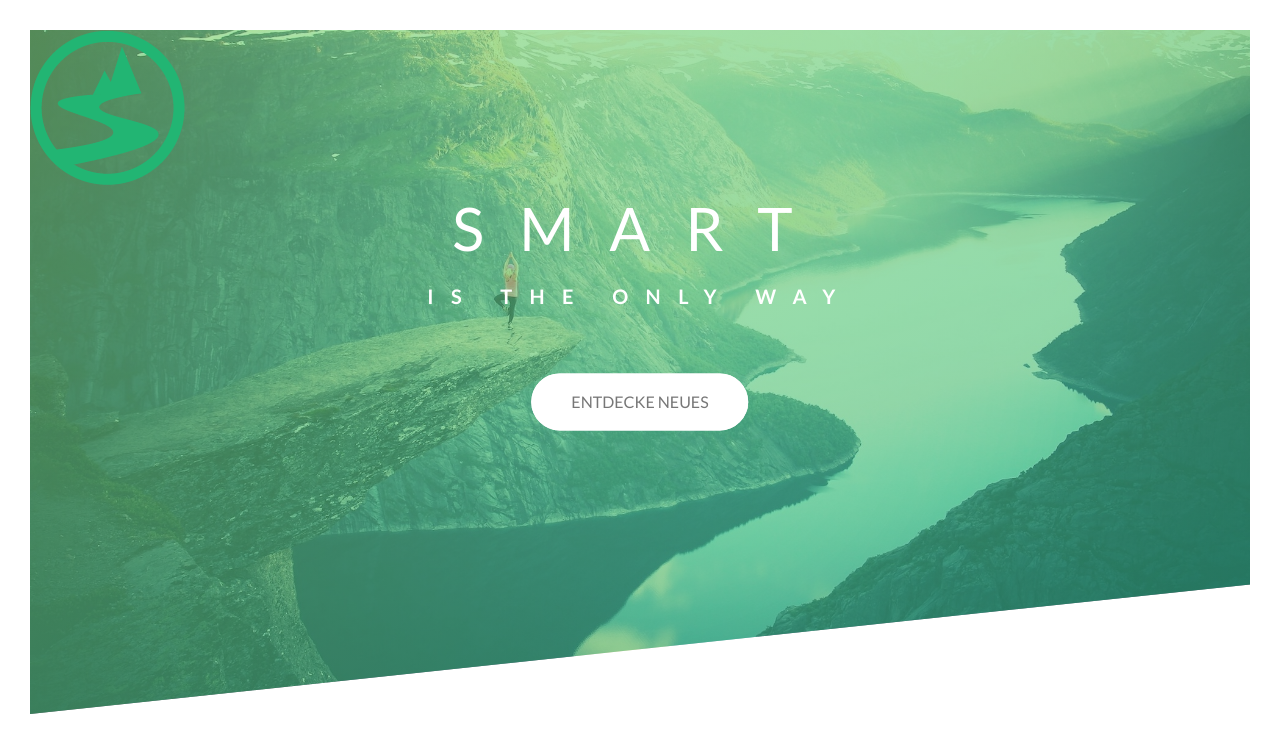
Repository: mukiSabljakovic/NatoursV1
Page: index.html
These files come from the project's save history. The page is drawn as it stood at one moment and after the next save; the edit follows.
The browser window is 1280 px wide. The pictures show the whole page.
Some web libraries are served in a nearby version.

Above is the page before, as saved 2020-05-11 16:39:56.

### index.html
<!DOCTYPE html>
<html lang="en">
    <head>
        <meta charset="UTF-8">
        <meta name="viewport" content="width=device-width, initial-scale=1.0">

        <link href="https://fonts.googleapis.com/css?family=Lato:100,300,400,700,900" rel="stylesheet">

        <link rel="stylesheet" href="https://use.fontawesome.com/releases/v5.13.0/css/all.css" integrity="sha384-Bfad6CLCknfcloXFOyFnlgtENryhrpZCe29RTifKEixXQZ38WheV+i/6YWSzkz3V" crossorigin="anonymous">
        <link rel="stylesheet" href="style.css">
        <link rel="stylesheet" href="css/style.css">
        <link rel="shortcut icon" type="image/png" href="img/favicon.png">

        <title>Natours | Exciting tours for adventurous people</title>
    </head>
    <body>
       <header class="header">
           <div class="header__logo-box">
               <img class="header__logo" src="img/logo.png" alt="Natours Logo">
           </div>

           <div class="text-box">
               <h1 class="heading-primary">
                   <span class="heading-primary-main">Smart</span>
                   <span class="heading-primary-sub">is the only way</span>
               </h1>
               <a href="#" class="btn btn-white btn-animated">Entdecke neues</a>
           </div>

       </header>

    </body>
</html>

### css/style.css
@import url('https://fonts.googleapis.com/css2?family=Lato:wght@300;400;900&display=swap');

/*
COLORS:

Light green: #7ed56f
Medium green: #55c57a
Dark green: #28b485

*/

/* Basic Reset */


* {
    margin: 0;
    padding: 0;
    box-sizing: border-box;
}

body {
    font-family: 'Lato', sans-serif;
    font-weight: 400;
    font-size: 16px;
    line-height: 1.7;
    color: #777;
    padding: 1.875rem;
}

.header {
    height: 95vh;
    background-image: linear-gradient(
        to right bottom,
        rgba(126, 213, 111, .6),
        rgba(40, 180, 133, .6)),
        url(../img/hero.jpg);
    background-size: cover;
    background-position: top;

    clip-path: polygon(0 0, 100% 0, 100% 77vh, 0 100%);
    position: relative;
}

.logo-box {
    position: absolute;
    top: 40px;
    left: 40px;
    background: rgb(245, 246, 245);
    border-radius: 100%;
    display: flex;
    padding: 4px;
}

.logo {
    height: 66px;
}

.text-box {
    position: absolute;
    top: 40%;
    left: 50%;
    transform: translate(-50%, -50%);
    text-align: center;
}

.heading-primary {
    color: #fff;
    text-transform: uppercase;

    /* Fix animation shaking */
    backface-visibility: hidden;
    margin-bottom: 60px;
}

.heading-primary-main {
    display: block;
    font-size: 3.75rem;
    font-weight: 400;
    letter-spacing: 2.1875rem;

    animation-name: moveInLeft;
    animation-duration: 1s;
    animation-timing-function: ease-out;
}

.heading-primary-sub {
    display: block;
    font-size: 1.25rem;
    font-weight: 700;
    letter-spacing: 1.0875rem;

    animation: moveInRight 1s ease-out;
}

@keyframes moveInLeft {
    0% {
        opacity: 0;
        transform: translateX(-100%);
    }

    80% {
        transform: translateX(10px);
    }

    100% {
        opacity: 1;
        trannsform: translate(0);
    }
}

@keyframes moveInRight {
    0% {
        opacity: 0;
        transform: translateX(100%);
    }

    80% {
        transform: translateX(-10px);
    }

    100% {
        opacity: 1;
        transform: translate(0);
    }
}

@keyframes moveInBottom {
    0% {
        opacity: 0;
        transform: translateY(-30px);
    }

    100% {
        opacity: 1;
        transform: translate(0);
    }
}

.btn:link,
.btn:visited {
    text-transform: uppercase;
    text-decoration: none;
    padding: 15px 40px;
    display: inline-block;
    border-radius: 100px;
    transition: all .2s;
}

.btn:hover {
    transform: translateY(-3px);
    box-shadow: 0 10px 20px rgba(0, 0, 0, .2);
}

.btn:active {
    transform: translateY(-1px);
    box-shadow: 0 10px 10px rgba(0, 0, 0, .2);
}

.btn-white {
    background-color: #fff;
    color: #777;
    position: relative;
}

.btn::after {
    content: "";
    display: inline-block;
    height: 100%;
    width: 100%;
    border-radius: 100px;
    position: absolute;
    top: 0;
    left: 0;
    z-index: -1;
    transition: all .2s;
}

.btn-white::after {
    background-color: #fff;
}

.btn:hover::after {
    transform: scaleX(1.4) scaleY(1.6);
    opacity: 0;
}

.btn-animated {
    animation: moveInBottom .5s ease-out .75s;
    animation-fill-mode: backwards;
}

After the next save:
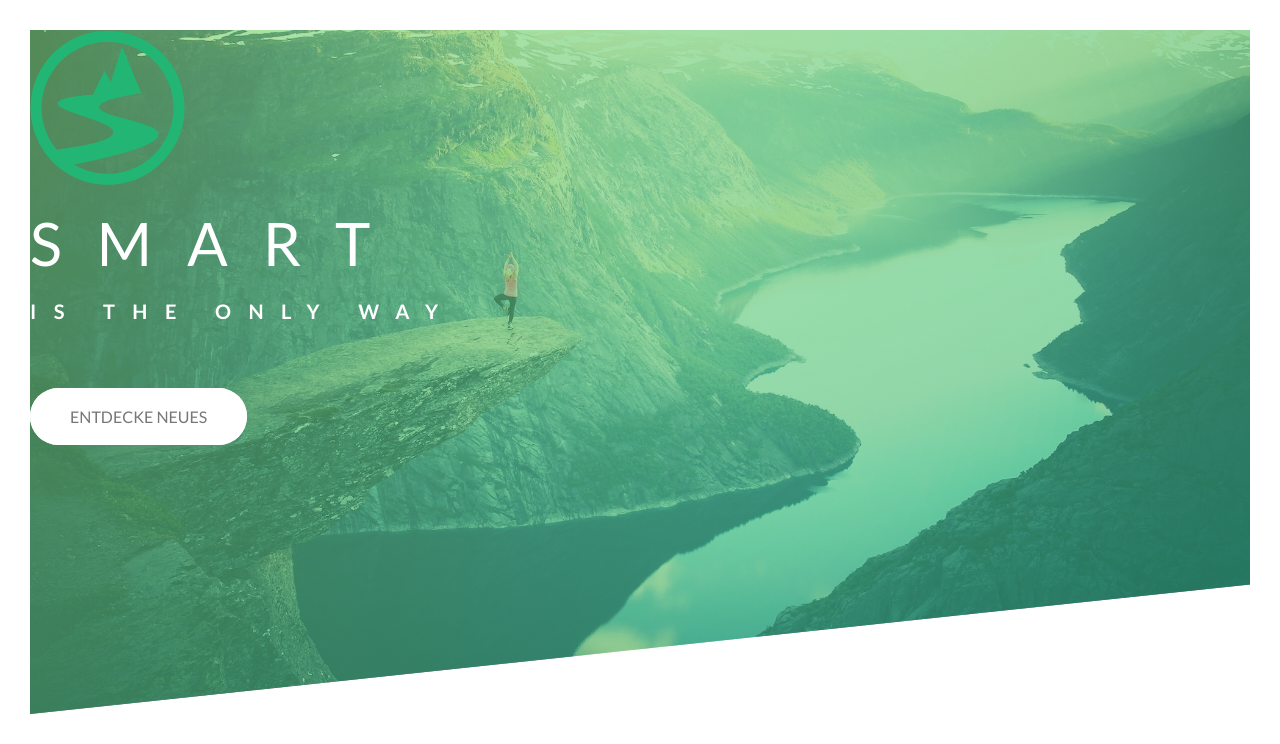
Saved 7 s later.
--- a/index.html
+++ b/index.html
@@ -19,7 +19,7 @@
                <img class="header__logo" src="img/logo.png" alt="Natours Logo">
            </div>
 
-           <div class="text-box">
+           <div class="header__text-box">
                <h1 class="heading-primary">
                    <span class="heading-primary-main">Smart</span>
                    <span class="heading-primary-sub">is the only way</span>
